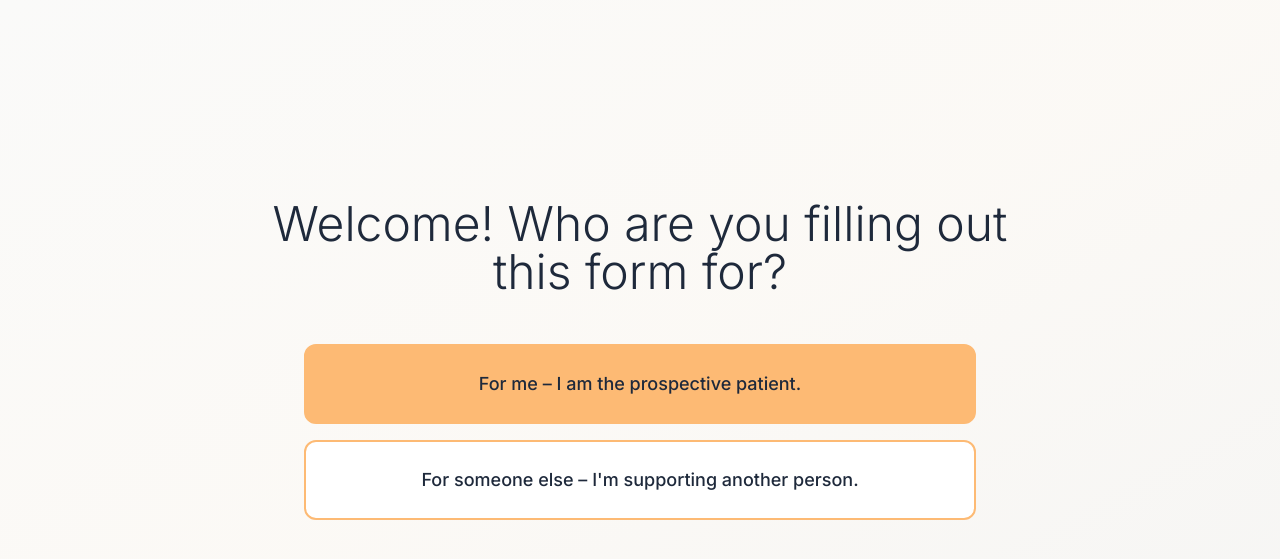
Repository: moonlitpsych/moonlit-scheduler
Page: /
The author's editor kept a copy of each file at every save. The page is drawn from the files as they stood at one save, then again after the next save.
The browser window is 1280 px wide. The pictures show the whole page.
The page's requests for data from a server got no answer. The project was rebuilt for these pictures with package versions that can differ from the ones it lists, and the page was loaded fresh each time. The framework's server and built-in components were replaced by stand-ins that run in the browser. No one was signed in, and anything a server would have sent is missing. Also part of the build but not shown: next.config.ts, src/lib/supabase.ts, src/services/payerService.ts, src/components/booking/views/PayerSearchView.tsx, src/components/booking/views/CalendarView.tsx, src/components/booking/views/InsuranceNotAcceptedView.tsx, src/components/booking/views/InsuranceFutureView.tsx, src/components/booking/views/InsuranceInfoView.tsx and 2 more.

Above is the page before, as saved 2025-07-30 14:34:09.

### src/app/layout.tsx
// src/app/layout.tsx
import type { Metadata } from 'next'
import { Inter } from 'next/font/google'
import './globals.css'

const inter = Inter({ subsets: ['latin'] })

export const metadata: Metadata = {
  title: 'Book with Moonlit Psychiatry',
  description: 'Schedule your appointment with Moonlit Psychiatry - HIPAA-compliant online booking',
}

export default function RootLayout({
  children,
}: {
  children: React.ReactNode
}) {
  return (
    <html lang="en">
      <body className={inter.className}>{children}</body>
    </html>
  )
}

### src/app/page.tsx
// src/app/page.tsx
import BookingFlow from '@/components/booking/BookingFlow'

export default function HomePage() {
  return <BookingFlow />
}

### src/app/globals.css
@tailwind base;
@tailwind components;
@tailwind utilities;

@layer base {
  html {
    font-family: 'Inter', system-ui, sans-serif;
  }

  body {
    @apply bg-stone-50 text-slate-800;
  }
}

@layer components {
  .btn-primary {
    @apply bg-orange-300 hover:bg-orange-400 text-slate-800 font-medium py-3 px-6 rounded-md transition-colors;
  }

  .btn-secondary {
    @apply border-2 border-orange-300 hover:border-orange-400 text-slate-800 font-medium py-3 px-6 rounded-md transition-colors bg-white;
  }

  .form-input {
    @apply w-full bg-white border-2 border-stone-200 rounded-md py-3 px-4 text-slate-800 placeholder-slate-500 focus:outline-none focus:border-orange-300;
  }
}

### src/components/booking/BookingFlow.tsx
// src/components/booking/BookingFlow.tsx
'use client'

import { useState } from 'react'
import { Payer, TimeSlot, PatientInfo, InsuranceInfo, ROIContact } from '@/types/database'

// Import your existing view components (DEFAULT imports - no curly braces)
import WelcomeView from './views/WelcomeView'
import PayerSearchView from './views/PayerSearchView' // Enhanced version
import CalendarView from './views/CalendarView' // Enhanced version
import InsuranceNotAcceptedView from './views/InsuranceNotAcceptedView'
import InsuranceFutureView from './views/InsuranceFutureView'
import InsuranceInfoView from './views/InsuranceInfoView'
import ROIView from './views/ROIView'
import ConfirmationView from './views/ConfirmationView'

type BookingStep =
    | 'welcome'
    | 'payer-search'
    | 'insurance-not-accepted'
    | 'insurance-future'
    | 'calendar'
    | 'insurance-info'
    | 'roi'
    | 'confirmation'

interface BookingState {
    step: BookingStep
    isForSelf: boolean
    selectedPayer?: Payer
    payerAcceptanceStatus?: 'not-accepted' | 'future' | 'active'
    selectedTimeSlot?: TimeSlot
    patientInfo?: PatientInfo
    insuranceInfo?: InsuranceInfo
    roiContacts: ROIContact[]
    appointmentId?: string
}

export default function BookingFlow() {
    const [state, setState] = useState<BookingState>({
        step: 'welcome',
        isForSelf: true,
        roiContacts: []
    })

    const updateState = (updates: Partial<BookingState>) => {
        setState(prev => ({ ...prev, ...updates }))
    }

    const goToStep = (step: BookingStep) => {
        setState(prev => ({ ...prev, step }))
    }

    // Navigation handlers
    const handleWelcomeSelection = (isForSelf: boolean) => {
        updateState({ isForSelf })
        goToStep('payer-search')
    }

    const handlePayerSelected = (payer: Payer, acceptanceStatus: BookingState['payerAcceptanceStatus']) => {
        updateState({ selectedPayer: payer, payerAcceptanceStatus: acceptanceStatus })

        // The enhanced PayerSearchView handles the animation states internally
        // and will automatically call this function after the animations complete
        switch (acceptanceStatus) {
            case 'not-accepted':
                goToStep('insurance-not-accepted')
                break
            case 'future':
                goToStep('insurance-future')
                break
            case 'active':
                goToStep('calendar')
                break
        }
    }

    const handleCashPaymentSelected = () => {
        updateState({
            selectedPayer: undefined,
            payerAcceptanceStatus: undefined
        })
        goToStep('calendar')
    }

    const handleTimeSlotSelected = (timeSlot: TimeSlot) => {
        updateState({ selectedTimeSlot: timeSlot })
        goToStep('insurance-info')
    }

    const handleInsuranceInfoComplete = (insuranceInfo: InsuranceInfo) => {
        updateState({ insuranceInfo })
        goToStep('roi')
    }

    const handleROIComplete = (roiContacts: ROIContact[]) => {
        updateState({ roiContacts })
        // TODO: Submit appointment booking to Supabase
        goToStep('confirmation')
    }

    const handleBackToInsurance = () => {
        goToStep('payer-search')
    }

    const handleBackToCalendar = () => {
        goToStep('calendar')
    }

    const handleLeadSubmitted = () => {
        // After submitting a lead for unaccepted insurance,
        // show a thank you message or redirect
        goToStep('confirmation')
    }

    const handleWaitForEffectiveDate = () => {
        // Handle waiting for insurance to become effective
        goToStep('confirmation')
    }

    const handleSwitchInsurance = () => {
        // Reset insurance selection and go back to payer search
        updateState({
            selectedPayer: undefined,
            payerAcceptanceStatus: undefined
        })
        goToStep('payer-search')
    }

    const handleRestartFlow = () => {
        setState({
            step: 'welcome',
            isForSelf: true,
            roiContacts: []
        })
    }

    // Main render function
    const renderCurrentStep = () => {
        switch (state.step) {
            case 'welcome':
                return (
                    <WelcomeView onSelection={handleWelcomeSelection} />
                )

            case 'payer-search':
                return (
                    <PayerSearchView
                        onPayerSelected={handlePayerSelected}
                        onCashPayment={handleCashPaymentSelected}
                    />
                )

            case 'insurance-not-accepted':
                return (
                    <InsuranceNotAcceptedView
                        payer={state.selectedPayer!}
                        onLeadSubmitted={handleLeadSubmitted}
                        onCashPayment={handleCashPaymentSelected}
                    />
                )

            case 'insurance-future':
                return (
                    <InsuranceFutureView
                        payer={state.selectedPayer!}
                        onWaitForEffectiveDate={handleWaitForEffectiveDate}
                        onCashPayment={handleCashPaymentSelected}
                    />
                )

            case 'calendar':
                return (
                    <CalendarView
                        selectedPayer={state.selectedPayer}
                        onTimeSlotSelected={handleTimeSlotSelected}
                        onBackToInsurance={handleBackToInsurance}
                    />
                )

            case 'insurance-info':
                return (
                    <InsuranceInfoView
                        isForSelf={state.isForSelf}
                        selectedPayer={state.selectedPayer}
                        onComplete={handleInsuranceInfoComplete}
                        onBack={handleBackToCalendar}
                        onSwitchInsurance={handleSwitchInsurance}
                    />
                )

            case 'roi':
                return (
                    <ROIView
                        isForSelf={state.isForSelf}
                        onComplete={handleROIComplete}
                        onBack={() => goToStep('insurance-info')}
                    />
                )

            case 'confirmation':
                return (
                    <ConfirmationView
                        appointmentData={{
                            selectedPayer: state.selectedPayer,
                            selectedTimeSlot: state.selectedTimeSlot,
                            patientInfo: state.patientInfo,
                            insuranceInfo: state.insuranceInfo,
                            roiContacts: state.roiContacts,
                            appointmentId: state.appointmentId
                        }}
                        onRestart={handleRestartFlow}
                    />
                )

            default:
                return <div>Invalid step</div>
        }
    }

    return (
        <div className="min-h-screen">
            {/* Progress indicator (optional) */}
            {state.step !== 'welcome' && state.step !== 'confirmation' && (
                <div className="fixed top-0 left-0 right-0 z-50">
                    <div className="bg-white/80 backdrop-blur-sm border-b border-stone-200">
                        <div className="max-w-4xl mx-auto px-4 py-3">
                            <div className="flex items-center justify-between text-sm text-slate-600">
                                <div className="flex items-center space-x-4">
                                    <span className={`${['payer-search', 'insurance-not-accepted', 'insurance-future'].includes(state.step)
                                            ? 'text-orange-500 font-medium'
                                            : 'text-slate-400'
                                        }`}>
                                        1. Insurance
                                    </span>
                                    <span className={`${state.step === 'calendar'
                                            ? 'text-orange-500 font-medium'
                                            : state.selectedTimeSlot ? 'text-emerald-500' : 'text-slate-400'
                                        }`}>
                                        2. Schedule
                                    </span>
                                    <span className={`${['insurance-info', 'roi'].includes(state.step)
                                            ? 'text-orange-500 font-medium'
                                            : state.insuranceInfo ? 'text-emerald-500' : 'text-slate-400'
                                        }`}>
                                        3. Details
                                    </span>
                                </div>

                                {/* Brand */}
                                <div className="text-slate-800 font-medium">
                                    Moonlit Psychiatry
                                </div>
                            </div>
                        </div>
                    </div>
                </div>
            )}

            {/* Main content */}
            <main className={state.step !== 'welcome' && state.step !== 'confirmation' ? 'pt-16' : ''}>
                {renderCurrentStep()}
            </main>
        </div>
    )
}

### src/components/booking/views/WelcomeView.tsx
// src/components/booking/views/WelcomeView.tsx
'use client'

interface WelcomeViewProps {
    onSelection: (isForSelf: boolean) => void
}

export default function WelcomeView({ onSelection }: WelcomeViewProps) {
    return (
        <div className="min-h-screen bg-gradient-to-br from-stone-50 via-orange-50/30 to-stone-100 flex items-center justify-center px-4">
            <div className="max-w-3xl mx-auto py-20">
                <div className="text-center">
                    <h1 className="text-5xl font-light text-slate-800 mb-12">
                        Welcome! Who are you filling out this form for?
                    </h1>

                    <div className="space-y-4 max-w-2xl mx-auto">
                        <button
                            onClick={() => onSelection(true)}
                            className="
                                w-full py-6 px-8 bg-orange-300 hover:bg-orange-400
                                text-slate-800 font-medium text-lg rounded-xl
                                transition-all duration-200 hover:shadow-lg hover:scale-105
                                border-2 border-orange-300 hover:border-orange-400
                            "
                        >
                            For me – I am the prospective patient.
                        </button>

                        <button
                            onClick={() => onSelection(false)}
                            className="
                                w-full py-6 px-8 bg-white hover:bg-orange-50
                                text-slate-800 font-medium text-lg rounded-xl
                                transition-all duration-200 hover:shadow-lg hover:scale-105
                                border-2 border-orange-300 hover:border-orange-400
                            "
                        >
                            For someone else – I'm supporting another person.
                        </button>
                    </div>
                </div>
            </div>
        </div>
    )
}

### tailwind.config.js
// tailwind.config.js
/** @type {import('tailwindcss').Config} */
module.exports = {
    content: [
        './src/pages/**/*.{js,ts,jsx,tsx,mdx}',
        './src/components/**/*.{js,ts,jsx,tsx,mdx}',
        './src/app/**/*.{js,ts,jsx,tsx,mdx}',
    ],
    theme: {
        extend: {
            colors: {
                // Moonlit brand colors extracted from Figma designs
                moonlit: {
                    coral: '#D4A574', // Main coral/salmon button color
                    'coral-hover': '#C49660',
                    'coral-light': '#E8C4A0', // Lighter coral for backgrounds
                    sage: '#9CA3AF', // Neutral sage for text
                    stone: '#78716C', // Dark stone for headings
                }
            },
            fontFamily: {
                sans: ['Inter', 'system-ui', 'sans-serif'],
            },
        },
    },
    plugins: [],
}

After the next save:
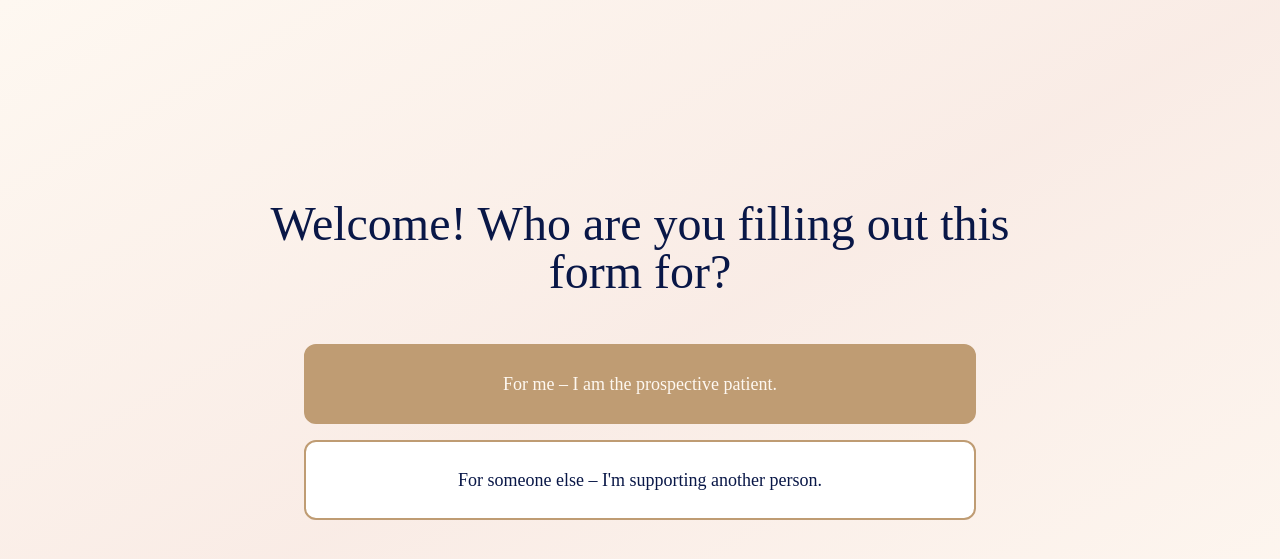
Saved 64 s later.
--- a/src/components/booking/views/WelcomeView.tsx
+++ b/src/components/booking/views/WelcomeView.tsx
@@ -7,10 +7,10 @@ interface WelcomeViewProps {
 
 export default function WelcomeView({ onSelection }: WelcomeViewProps) {
     return (
-        <div className="min-h-screen bg-gradient-to-br from-stone-50 via-orange-50/30 to-stone-100 flex items-center justify-center px-4">
+        <div className="min-h-screen bg-gradient-to-br from-[#FEF8F1] via-[#F6B398]/20 to-[#FEF8F1] flex items-center justify-center px-4" style={{ fontFamily: 'Newsreader, serif' }}>
             <div className="max-w-3xl mx-auto py-20">
                 <div className="text-center">
-                    <h1 className="text-5xl font-light text-slate-800 mb-12">
+                    <h1 className="text-5xl font-light text-[#091747] mb-12">
                         Welcome! Who are you filling out this form for?
                     </h1>
 
@@ -18,11 +18,12 @@ export default function WelcomeView({ onSelection }: WelcomeViewProps) {
                         <button
                             onClick={() => onSelection(true)}
                             className="
-                                w-full py-6 px-8 bg-orange-300 hover:bg-orange-400
-                                text-slate-800 font-medium text-lg rounded-xl
+                                w-full py-6 px-8 bg-[#BF9C73] hover:bg-[#BF9C73]/90
+                                text-[#FEF8F1] font-medium text-lg rounded-xl
                                 transition-all duration-200 hover:shadow-lg hover:scale-105
-                                border-2 border-orange-300 hover:border-orange-400
+                                border-2 border-[#BF9C73] hover:border-[#BF9C73]/90
                             "
+                            style={{ fontFamily: 'Newsreader, serif' }}
                         >
                             For me – I am the prospective patient.
                         </button>
@@ -30,11 +31,12 @@ export default function WelcomeView({ onSelection }: WelcomeViewProps) {
                         <button
                             onClick={() => onSelection(false)}
                             className="
-                                w-full py-6 px-8 bg-white hover:bg-orange-50
-                                text-slate-800 font-medium text-lg rounded-xl
+                                w-full py-6 px-8 bg-white hover:bg-[#FEF8F1]
+                                text-[#091747] font-medium text-lg rounded-xl
                                 transition-all duration-200 hover:shadow-lg hover:scale-105
-                                border-2 border-orange-300 hover:border-orange-400
+                                border-2 border-[#BF9C73] hover:border-[#BF9C73]/90
                             "
+                            style={{ fontFamily: 'Newsreader, serif' }}
                         >
                             For someone else – I'm supporting another person.
                         </button>
